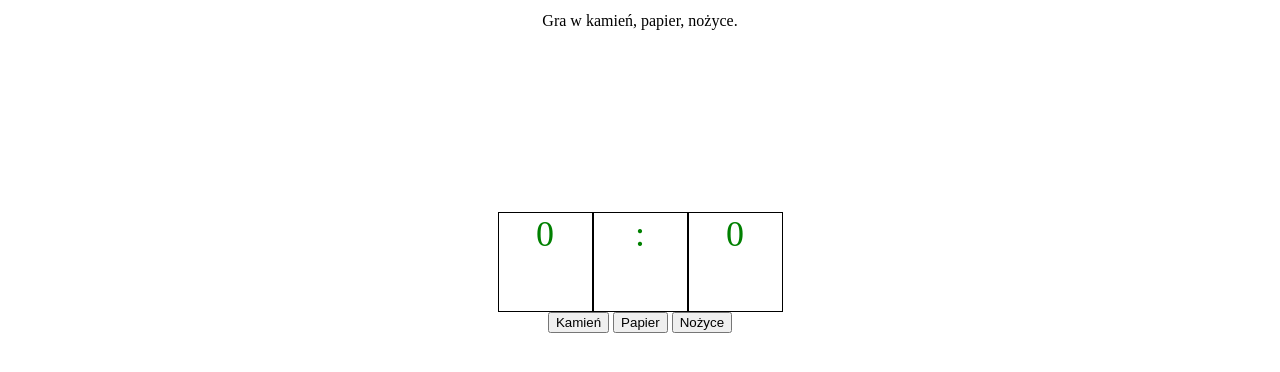
Repository: ulasup/javascript-prework
Page: index.html
An editor plug-in stored every save of this project. The page is shown before and after the next save, followed by the edit.
The browser window is 1280 px wide. The pictures show the whole page.
Some web libraries are served in a nearby version. The style sheet was rebuilt from its Sass, Less or Tailwind sources for each picture, by a compiler version that may differ from the author's.

Above is the page before, as saved 2020-12-12 17:21:02.

After the next save:
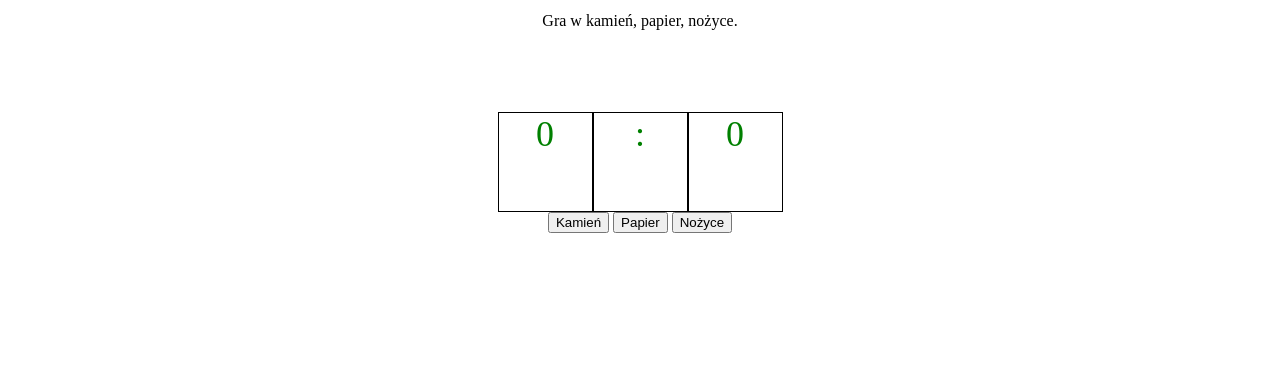
Saved 16 s later.
--- a/sass/style.scss
+++ b/sass/style.scss
@@ -3,7 +3,7 @@ body {
     text-align: center;
 }
 .header {
-    min-height: 200px;
+    min-height: 100px;
 }
 .row {
     justify-content: center;
